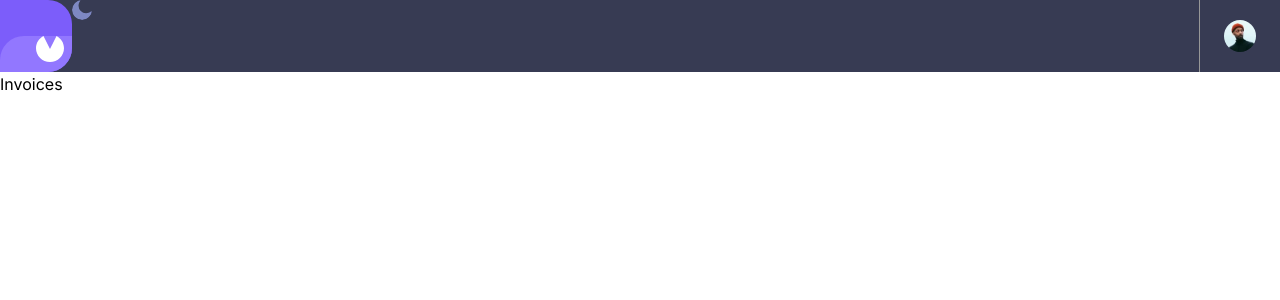
Repository: theoneswhodead/invoice-app
Page: /
The author's editor kept a copy of each file at every save. The page is drawn from the files as they stood at one save, then again after the next save.
The browser window is 1280 px wide. The pictures show the whole page.
The project was rebuilt for these pictures with package versions that can differ from the ones it lists, and the page was loaded fresh each time. The framework's server and built-in components were replaced by stand-ins that run in the browser. Also part of the build but not shown: next.config.mjs.

Above is the page before, as saved 2024-08-19 18:07:35.

After the next save:
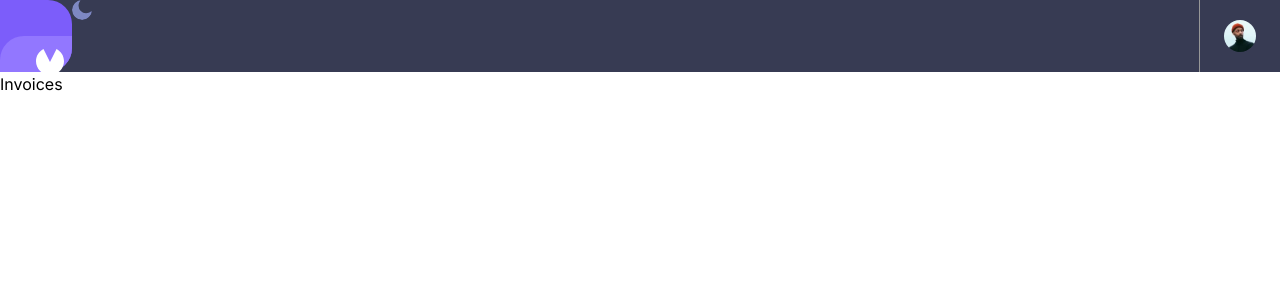
Saved 65 s later.
--- a/app/components/BarMenu.tsx
+++ b/app/components/BarMenu.tsx
@@ -12,7 +12,7 @@
                 width={28}
                 height={26}
                 alt="Logo"
-                className='absolute top-1/2 left-1/2'
+                className='absolute top-1/2 left-1/2 translate-y-1/2'
             />
             <div className='bg-light_purple w-[4.5rem] h-[2.25rem] mt-[36px] rounded-br-3xl rounded-tl-3xl'>
 

After the save that followed:
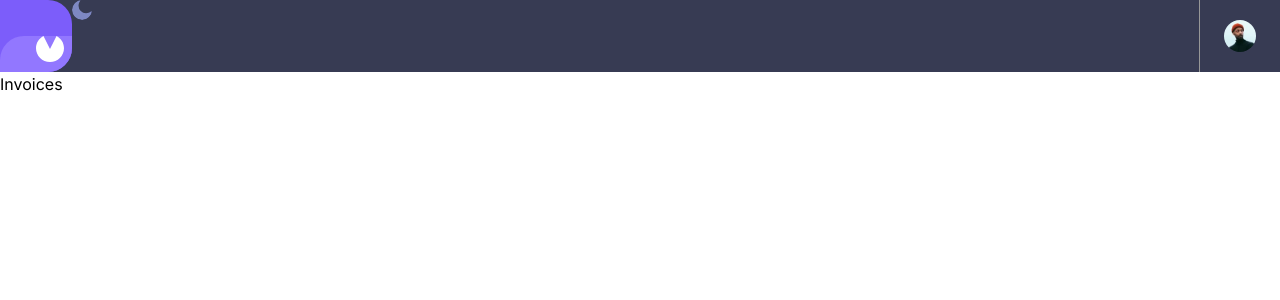
Saved 6 s later.
--- a/app/components/BarMenu.tsx
+++ b/app/components/BarMenu.tsx
@@ -12,7 +12,7 @@
                 width={28}
                 height={26}
                 alt="Logo"
-                className='absolute top-1/2 left-1/2 translate-y-1/2'
+                className='absolute top-1/2 left-1/2 translate-y-[-1/2]'
             />
             <div className='bg-light_purple w-[4.5rem] h-[2.25rem] mt-[36px] rounded-br-3xl rounded-tl-3xl'>
 
